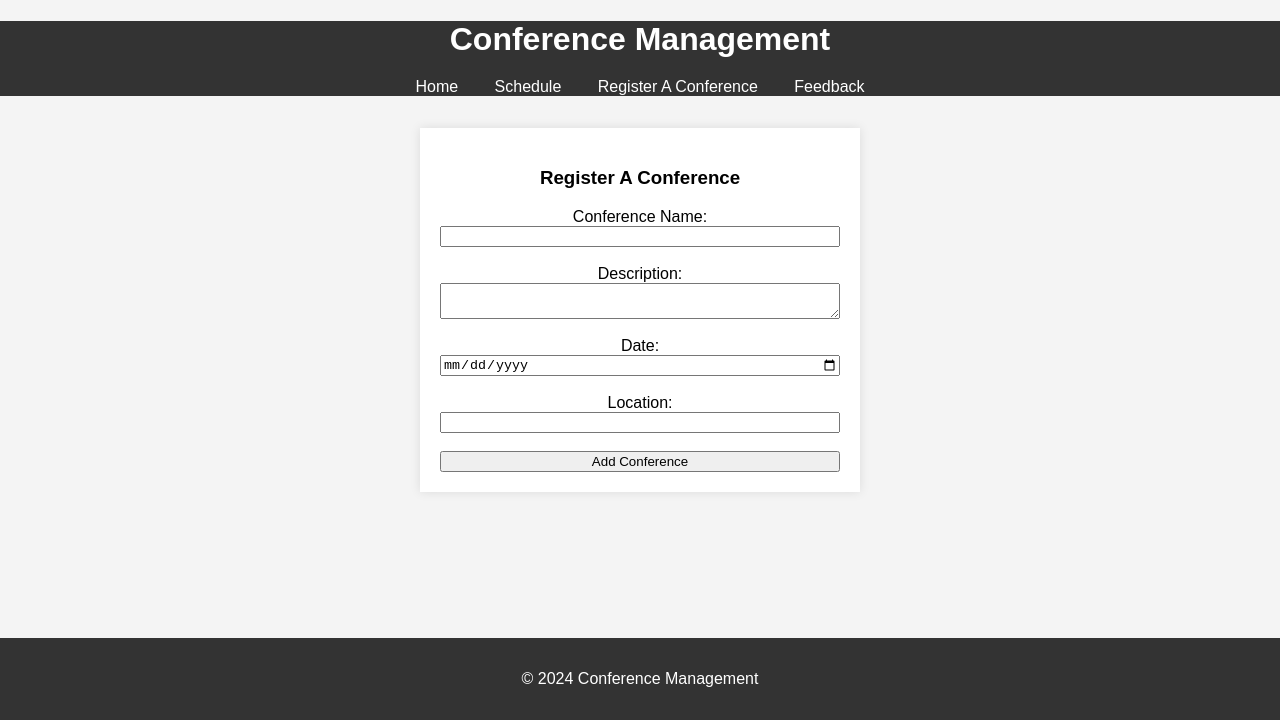
Repository: AMIT1439027/conferenceapp
Page: http://localhost/register.php
An editor plug-in stored every save of this project. The page is shown before and after a run of saves, followed by the edit.
The browser window is 1280 px wide. The pictures show the whole page.
The page is run by PHP 8.4 with error messages shown; the project is at /var/www/html/. Queries for data that is not in the repository find no rows.

Above is the page before, as saved 2024-05-29 15:15:55.

### register.php
<?php
include 'db_connect.php';

if ($_SERVER["REQUEST_METHOD"] == "POST") {
    $name = $_POST['name'];
    $description = $_POST['description'];
    $date = $_POST['date'];
    $location = $_POST['location'];

    $stmt = $pdo->prepare("INSERT INTO conferences (name, description, date, location) VALUES (?, ?, ?, ?)");
    $stmt->execute([$name, $description, $date, $location]);

    echo "Conference added successfully!";
}

$stmt = $pdo->query("SELECT * FROM conferences");
$conferences = $stmt->fetchAll();
?>

<!DOCTYPE html>
<html lang="en">
<head>
    <meta charset="UTF-8">
    <meta name="viewport" content="width=device-width, initial-scale=1.0">
    <title>Admin</title>
    <link rel="stylesheet" href="styles.css">
</head>
<body>
    <header>
        <h1>Conference Management</h1>
        <nav>
        <a href="index.php">Home</a>
        <a href="Schedule.php">Schedule </a>
        <a href="register.php">Register A Conference</a>
        <a href="feedback.php">Feedback</a>
        <!-- <a href="admin.php">Admin</a> -->
        </nav>
    </header>
    <main>

    <div class="form-container">

        <h3>Register A Conference</h3>

        <form action="register.php" method="POST">
            <label for="name">Conference Name:</label>
            <input type="text" id="name" name="name" required>
            <br>
            <label for="description">Description:</label>
            <textarea id="description" name="description" required></textarea>
            <br>
            <label for="date">Date:</label>
            <input type="date" id="date" name="date" required>
            <br>
            <label for="location">Location:</label>
            <input type="text" id="location" name="location" required>
            <br>
            <input type="submit" value="Add Conference">
        </form>

    </div>
    </main>
    <footer>
        <p>&copy; 2024 Conference Management</p>
    </footer>
</body>
</html>

### db_connect.php
<?php
$servername = "localhost";
$username = "root";
$password = "mysql143";
$dbname = "conference_db";

// Create connection
// $conn = new mysqli($servername, $username, $password, $dbname);

// // Check connection
// if ($conn->connect_error) {
//     die("Connection failed: " . $conn->connect_error);
// }
try{
    $pdo = new PDO("mysql:host=$servername;dbname=$dbname", $username, $password );
   $pdo->setAttribute(PDO::ATTR_ERRMODE, PDO::ERRMODE_EXCEPTION);
}
catch(PDOException $e){
   die("connection Failed");
}


?>

### styles.css

body {
    font-family: Arial, sans-serif;
    background-color: #f4f4f4;
    margin: 0;
    padding: 0;
}
header{
    background-color: #333333;
    color: #fff;
    padding: 1 em 0;
    text-align: center;

}

nav a{
    color: #fff;
    margin: 0 1rem;
    text-decoration: none;
}

main{
    padding: 2em;
    text-align: center;
}

footer{
    background-color: #333;
    color:#fff;
    padding: 1em 0;
    text-align: center;
    position: fixed;
    bottom: 0;
    width: 100%;
}



.container {
    width: 80%;
    margin: 0 auto;
    padding: 20px;
    background-color: #fff;
    box-shadow: 0 0 10px rgba(0, 0, 0, 0.1);
}

h1 {
    text-align: center;
    margin-bottom: 20px;
}

.table {
    width: 100%;
    margin-bottom: 20px;
    border-collapse: collapse;
}

.table th, .table td {
    border: 1px solid #ddd;
    padding: 8px;
}

.table th {
    background-color: #f2f2f2;
    text-align: left;
}

.food-item {
    border: 1px solid #ddd;
    padding: 10px;
    margin-bottom: 20px;
    text-align: center;
}

.food-item img {
    max-width: 100%;
    height: auto;
}

.form-group {
    margin-bottom: 15px;
}

.form-group label {
    display: block;
    margin-bottom: 5px;
}

.form-group input, .form-group textarea, .form-group select {
    width: 100%;
    padding: 8px;
    box-sizing: border-box;
}

.btn {
    display: inline-block;
    padding: 10px 15px;
    color: #fff;
    background-color: #007BFF;
    text-decoration: none;
    border-radius: 4px;
    margin-right: 10px;
    transition: background-color 0.3s;
}

.btn:hover {
    background-color: #0056b3;
}

.form-container {
    max-width: 400px;
    margin: 0 auto;
    padding: 20px;
    background-color: #fff;
    box-shadow: 0 0 10px rgba(0, 0, 0, 0.1);
}

form {
    display: flex;
    flex-direction: column;
}

button {
    padding: 10px 15px;
    color: #fff;
    background-color: #007BFF;
    border: none;
    cursor: pointer;
    border-radius: 4px;
    transition: background-color 0.3s;
}

button:hover {
    background-color: #0056b3;
}

input[type="number"] {
    width: 50px;
}

After the next 2 saves:
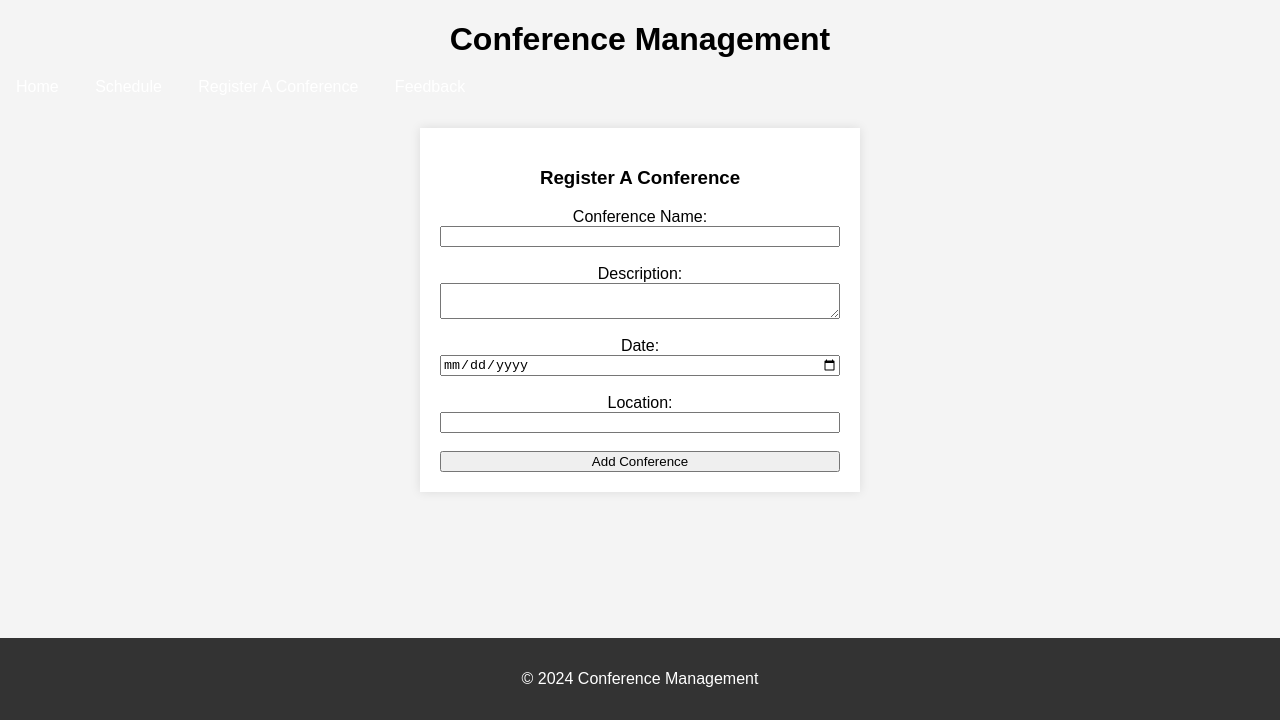
The 2 saves are shown as one change because they came seconds apart.
The last was saved 9 min 50 s later.
--- a/styles.css
+++ b/styles.css
@@ -5,6 +5,7 @@
     margin: 0;
     padding: 0;
 }
+/
 header{
     background-color: #333333;
     color: #fff;

After the save that followed:
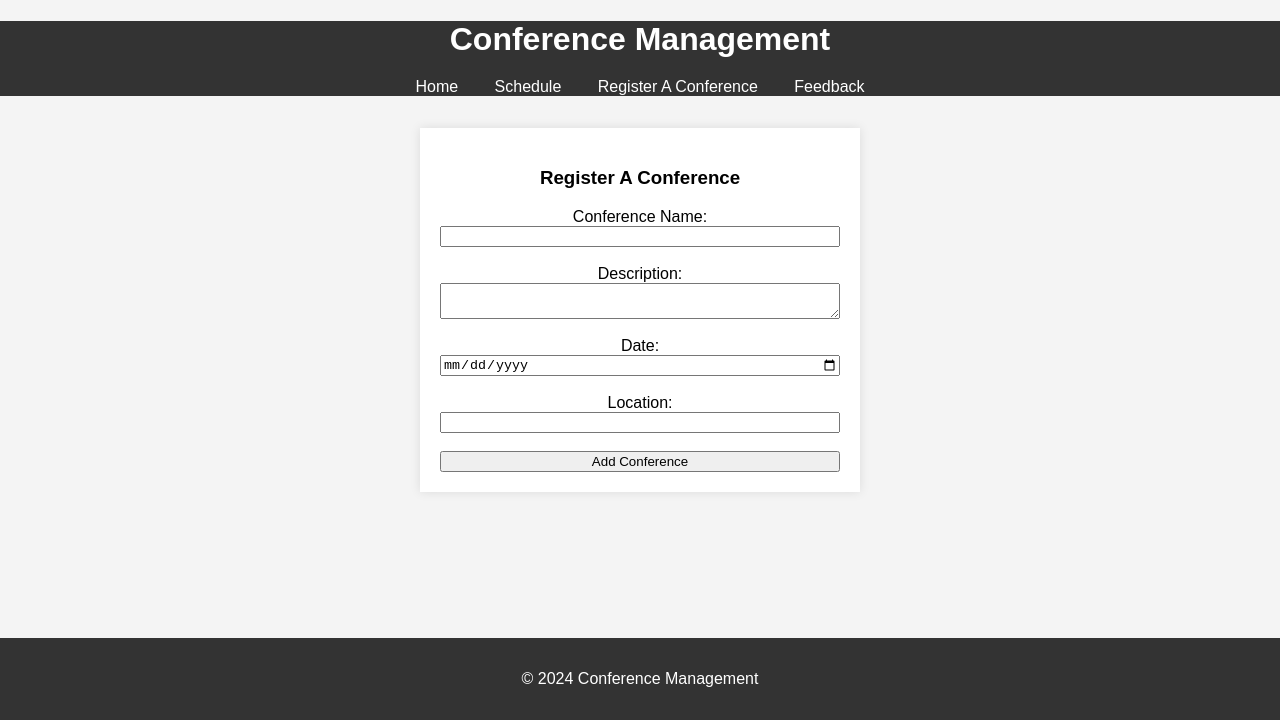
Saved 5 s later.
--- a/styles.css
+++ b/styles.css
@@ -5,7 +5,7 @@
     margin: 0;
     padding: 0;
 }
-/
+/*  new css */
 header{
     background-color: #333333;
     color: #fff;
